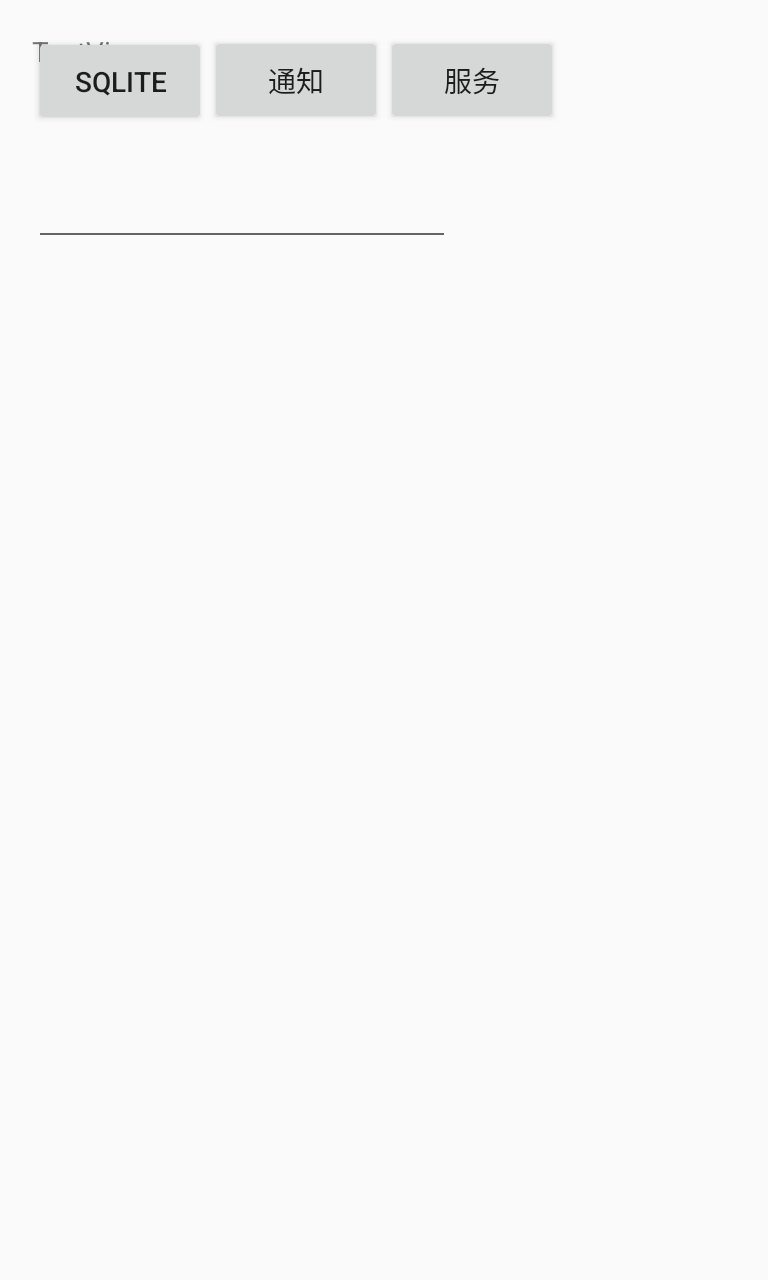
Repository: vampire08ms/Android_Project
Layout: Ring/res/layout/activity_main_activity1.xml
The author's editor kept a copy of each file at every save. The layout is drawn from the files as they stood at one save, then again after the next save.
It is drawn on a 768 x 1280 px phone screen (xhdpi) without system bars, with theme AppTheme; the app's code is not run.

Above is the layout before, as saved 2015-02-22 05:41:49.

### Ring/res/layout/activity_main_activity1.xml
<RelativeLayout xmlns:android="http://schemas.android.com/apk/res/android"
    xmlns:tools="http://schemas.android.com/tools"
    android:layout_width="match_parent"
    android:layout_height="match_parent"
    android:paddingBottom="@dimen/activity_vertical_margin"
    android:paddingLeft="@dimen/activity_horizontal_margin"
    android:paddingRight="@dimen/activity_horizontal_margin"
    android:paddingTop="@dimen/activity_vertical_margin"
    tools:context="com.example.ring.MainActivity1" >

    <TextView
        android:id="@+id/textView1"
        android:layout_width="wrap_content"
        android:layout_height="wrap_content"
        android:layout_alignParentLeft="true"
        android:layout_alignParentTop="true"
        android:text="TextView" />

    <EditText
        android:id="@+id/editText1"
        android:layout_width="wrap_content"
        android:layout_height="wrap_content"
        android:layout_alignLeft="@+id/textView1"
        android:layout_below="@+id/textView1"
        android:layout_marginTop="49dp"
        android:ems="10" />

    <LinearLayout
        android:layout_width="match_parent"
        android:layout_height="match_parent"
        android:orientation="horizontal" >

        <Button
            android:id="@+id/button2"
            android:layout_width="wrap_content"
            android:layout_height="wrap_content"
            android:text="SQLite" />

        <Button
            android:id="@+id/button1"
            android:layout_width="wrap_content"
            android:layout_height="wrap_content"
            android:text="通知" />

        <Button
            android:id="@+id/button3"
            android:layout_width="wrap_content"
            android:layout_height="wrap_content"
            android:text="服务" />
    </LinearLayout>

</RelativeLayout>

Loaded but not shown: Ring/res/values/styles.xml (common file); Ring/res/values-v11/styles.xml (common file); Ring/res/values-v14/styles.xml (common file); Ring/res/values/dimens.xml (common file); Ring/res/values-w820dp/dimens.xml (common file)

After the next save:
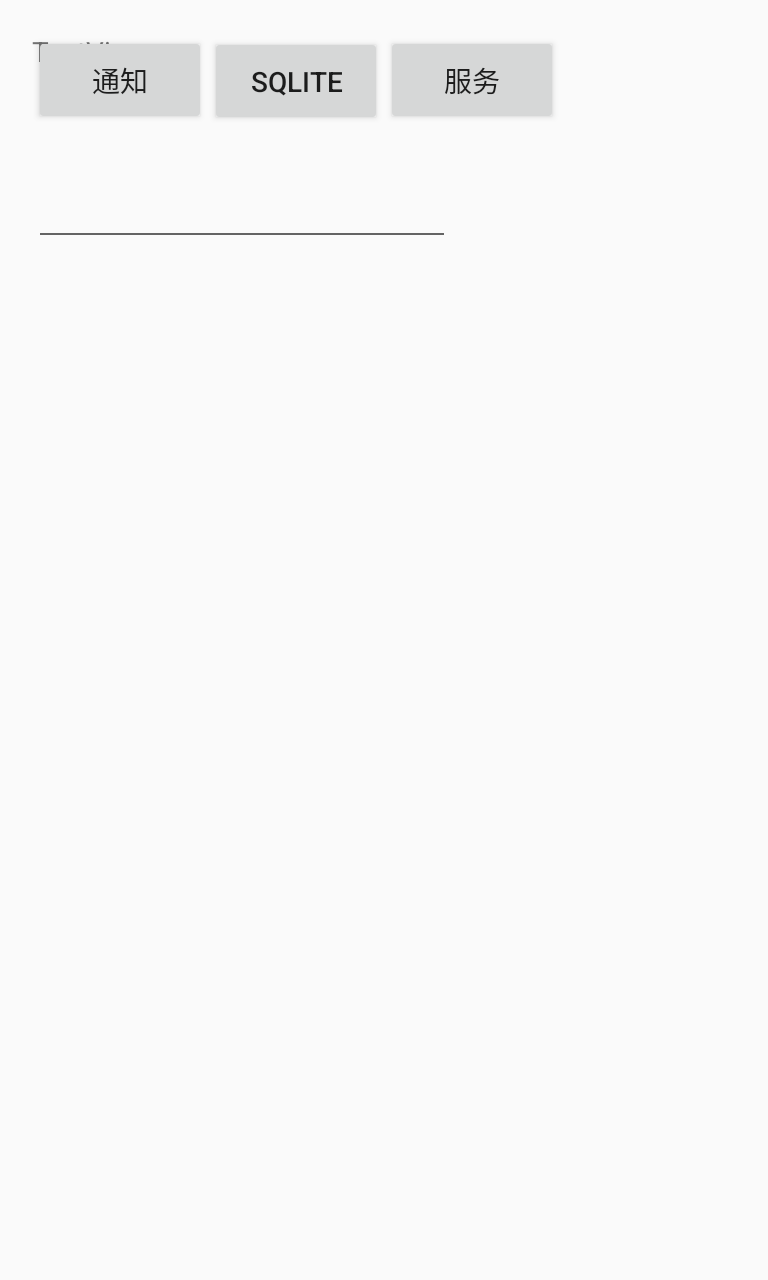
Saved 6 s later.
--- a/Ring/res/layout/activity_main_activity1.xml
+++ b/Ring/res/layout/activity_main_activity1.xml
@@ -31,16 +31,16 @@
         android:orientation="horizontal" >
 
         <Button
+            android:id="@+id/button1"
+            android:layout_width="wrap_content"
+            android:layout_height="wrap_content"
+            android:text="通知" />
+
+        <Button
             android:id="@+id/button2"
             android:layout_width="wrap_content"
             android:layout_height="wrap_content"
             android:text="SQLite" />
-
-        <Button
-            android:id="@+id/button1"
-            android:layout_width="wrap_content"
-            android:layout_height="wrap_content"
-            android:text="通知" />
 
         <Button
             android:id="@+id/button3"
